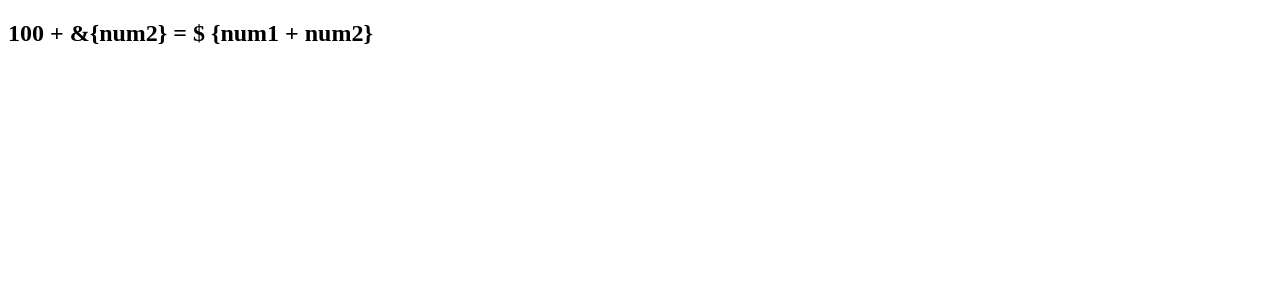
Repository: Gabintree/JDBC2019
Page: http://localhost/Jsp20190510_start/20190530_coreSetTag1.jsp
The author's editor kept a copy of each file at every save. The page is drawn from the files as they stood at one save, then again after the next save.
The browser window is 1280 px wide. The pictures show the whole page.
The page is served by Tomcat 9.

Above is the page before, as saved 2019-05-30 03:01:30.

### Jsp20190510_start/WebContent/20190530_coreSetTag1.jsp
<%@ page language="java" contentType="text/html; charset=UTF-8"
    pageEncoding="UTF-8"%>
<%@ taglib prefix="c" uri="http://java.sun.com/jsp/jstl/core" %>

<c:set var = "num1" value ="100"/>
<c:set var = "num2" value ="30"/>

<!DOCTYPE html>
<html>

<head>
<meta charset="UTF-8">
<title>Insert title here</title>
</head>
<body>
	<h2>${num1} + &{num2} = <c:out value=" $ {num1 + num2}"/></h2>



</body>
</html>

After the next save:
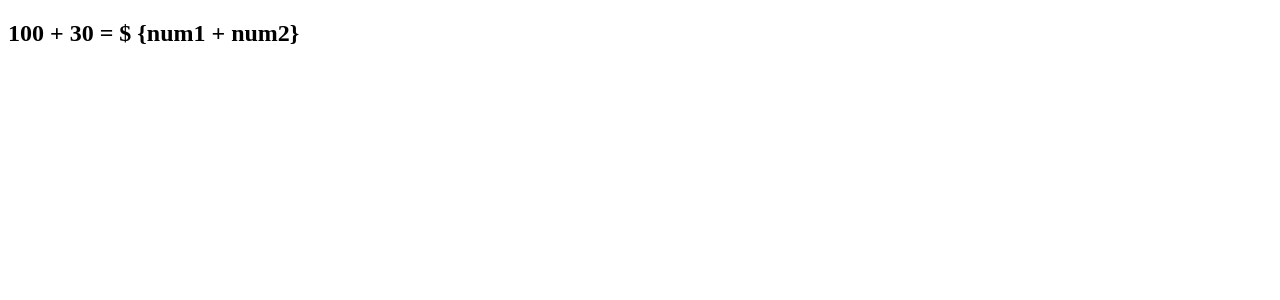
Saved 18 s later.
--- a/Jsp20190510_start/WebContent/20190530_coreSetTag1.jsp
+++ b/Jsp20190510_start/WebContent/20190530_coreSetTag1.jsp
@@ -13,7 +13,7 @@
 <title>Insert title here</title>
 </head>
 <body>
-	<h2>${num1} + &{num2} = <c:out value=" $ {num1 + num2}"/></h2>
+	<h2>${num1} + ${num2} = <c:out value=" $ {num1 + num2}"/></h2>
 
 
 
